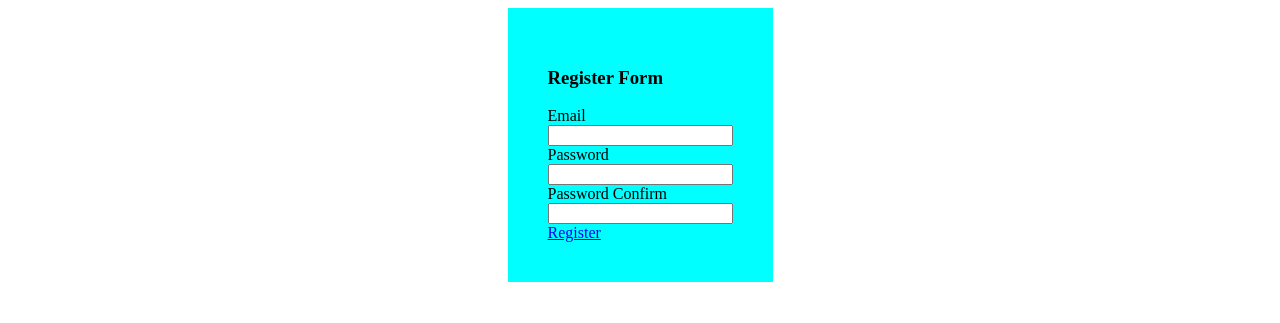
Repository: nptg3105/Register-form
Page: index.html
The author's editor kept a copy of each file at every save. The page is drawn from the files as they stood at one save, then again after the next save.
The browser window is 1280 px wide. The pictures show the whole page.
Some web libraries are served in a nearby version.

Above is the page before, as saved 2022-01-05 21:46:54.

After the next save:
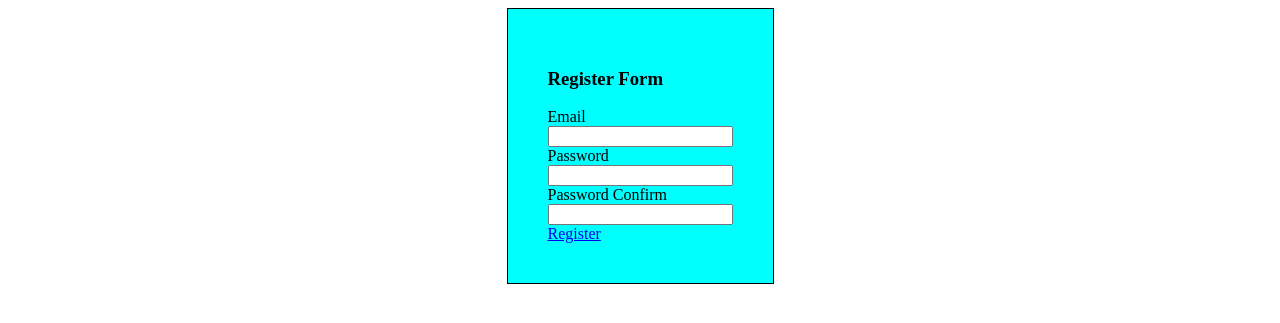
Saved 16 s later.
--- a/style.css
+++ b/style.css
@@ -3,4 +3,5 @@
   max-width: max-content;
   margin: 0 auto;
   padding: 40px;
+  border: 1px solid #000;
 }
